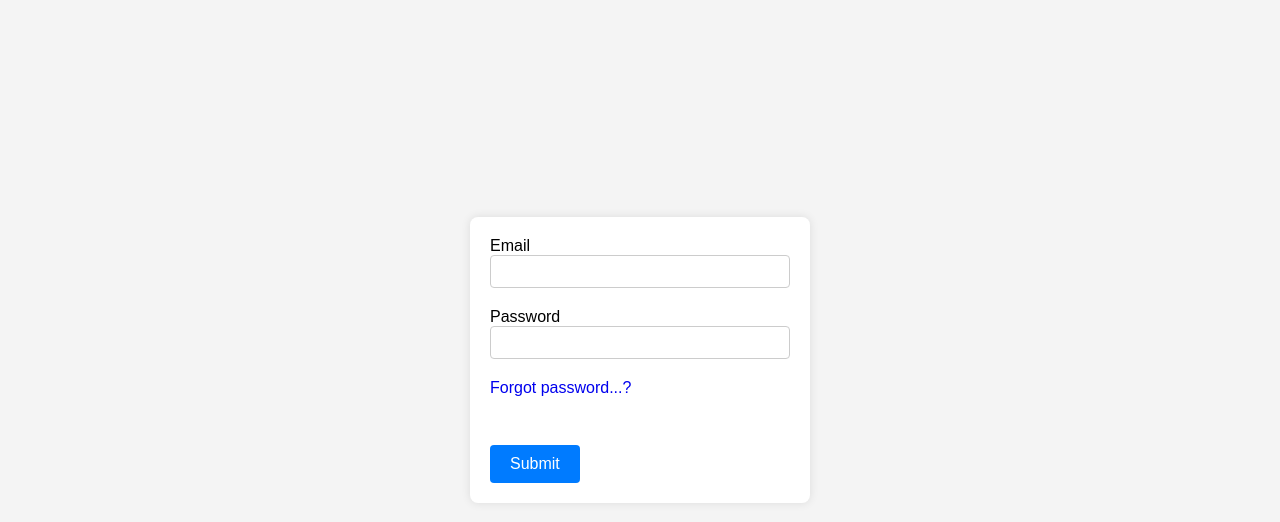
Repository: Ndifoinhilary/authentication
Page: http://localhost/auth/login/
The author's editor kept a copy of each file at every save. The page is drawn from the files as they stood at one save, then again after the next save.
The browser window is 1280 px wide. The pictures show the whole page.
The page is served by the project's application, run on Django 3.2 (manage.py).

Above is the page before, as saved 2024-01-05 19:21:54.

After the next save:
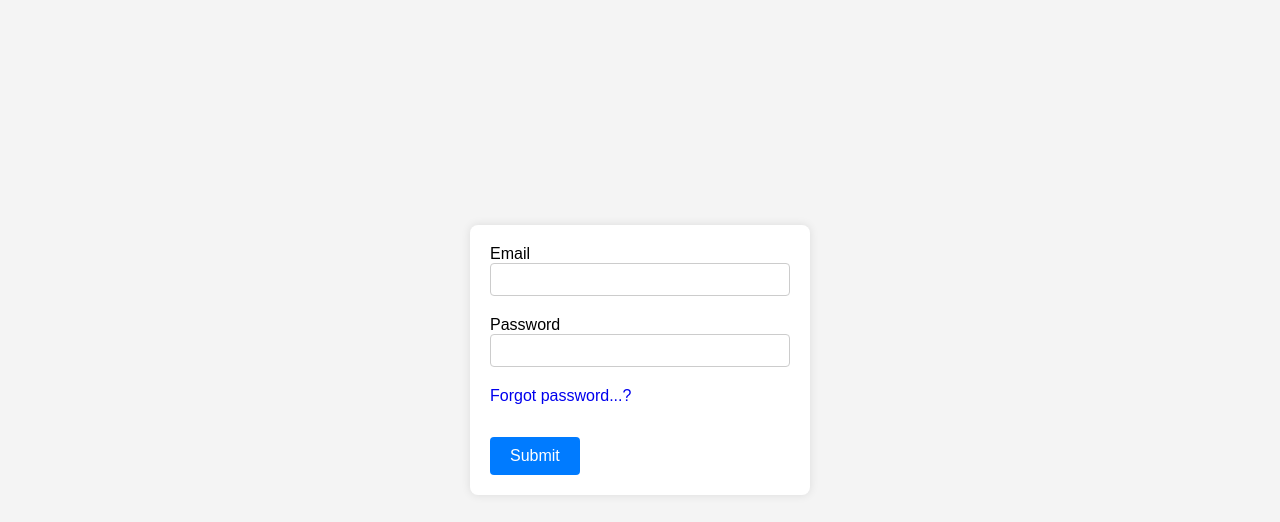
Saved 11 s later.
--- a/Auth/templates/login.html
+++ b/Auth/templates/login.html
@@ -54,7 +54,7 @@
             border-radius: 4px;
             cursor: pointer;
             font-size: 16px;
-            margin-top: 3rem;
+            margin-top: 2rem;
         }
 
         .btn:hover {
